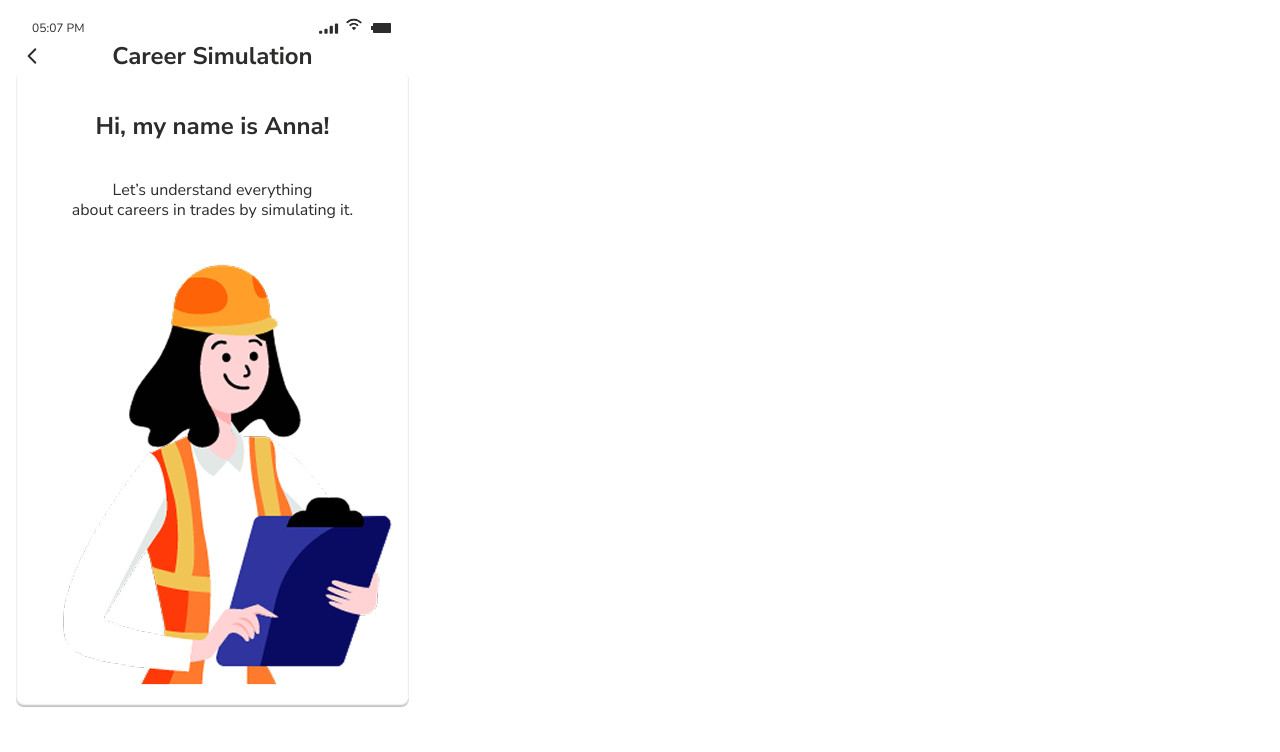
Repository: daniel-liu01/week10books
Page: /
The author's editor kept a copy of each file at every save. The page is drawn from the files as they stood at one save, then again after the next save.
The browser window is 1280 px wide. The pictures show the whole page.
The project was rebuilt for these pictures with package versions that can differ from the ones it lists, and the page was loaded fresh each time. Also part of the build but not shown: vite.config.js, vite.config.ts, src/App.css.

Above is the page before, as saved 2025-10-17 18:12:37.

### index.html
<!DOCTYPE html>
<html lang="en">
    <head>
        <meta charset="UTF-8" />
        <link
            rel="icon"
            type="image/svg+xml"
            href="/vite.svg" />
        <meta
            name="viewport"
            content="width=device-width, initial-scale=1.0" />
        <title>frontend</title>
        <link
            rel="preconnect"
            href="https://fonts.googleapis.com" />
        <link
            rel="preconnect"
            href="https://fonts.gstatic.com"
            crossorigin />
        <link
            href="https://fonts.googleapis.com/css2?family=Nunito+Sans:ital,opsz,wght@0,6..12,200..1000;1,6..12,200..1000&display=swap"
            rel="stylesheet" />
    </head>
    <body>
        <div id="root"></div>
        <script
            type="module"
            src="/src/main.jsx"></script>
    </body>
</html>

### src/index.css
/* ------------------------------------------------------ GENERAL STYLES ------------------------------------------------------ */
*,
*::before,
*::after {
    box-sizing: inherit;
}

html,
body {
    font-family: var(--font-family);
    box-sizing: border-box;
}

body {
    width: 393px;
    min-height: 100vh;
    margin: 16px;
    display: flex;
    flex-direction: column;
    gap: var(--space-large);
}

html {
    display: flex;
    align-items: flex-start;
}

/* ------------------------------------------------------ VARIABLES ------------------------------------------------------ */
:root {
    /* ----- COLORS ----- */
    --primary-50: #fff1e6;
    --primary-100: #ffd4b0;
    --primary-200: #ffbf8a;
    --primary-300: #ffa155;
    --primary-400: #ff8f34;
    --primary-500: #ff7301;
    --primary-600: #e86901;
    --primary-700: #b55201;
    --primary-800: #8c3f01;
    --primary-900: #6b3000;

    --secondary-50: #eefae6;
    --secondary-100: #cbefb1;
    --secondary-200: #b2e88b;
    --secondary-300: #8fdd55;
    --secondary-400: #79d635;
    --secondary-500: #58cc02;
    --secondary-600: #50ba02;
    --secondary-700: #3e9101;
    --secondary-800: #307001;
    --secondary-900: #255601;

    /* -- neutral colors -- */

    --offwhite-500: #f9f9f9;
    --white: #ffffff;
    --black-50: #eaeaea;
    --black-100: #bebebd;
    --black-200: #9e9e9d;
    --black-300: #727271;
    --black-400: #575655;
    --black-500: #2d2c2b;

    /* ----- TYPE ----- */
    --font-family: "Nunito Sans", sans-serif;

    --font-size-extra-large: 88px;
    --font-size-large: 30px;
    --font-size-extra-medium: 24px;
    --font-size-medium: 20px;
    --font-size-regular: 16px;
    --font-size-small: 12px;
    --font-size-extra-small: 10px;

    --font-style-normal: normal;
    --font-weight-bold: bold;

    --line-height-xxlarge: 100px;
    --line-height-large: 36px;
    --line-height-medium: 28px;
    --line-height-small: 20px;

    /* ----- SPACING ----- */
    --space-extra-small: 4px;
    --space-small: 8px;
    --space-regular: 16px;
    --space-medium: 32px;
    --space-large: 48px;
    --space-extra-large: 140px;

    /* ----- Inner shadow ----- */
    --inner-shadow: 0 -2px 2px 0 rgba(0, 0, 0, 0.25);
}

### src/App.jsx
import { useState } from "react";
import { BrowserRouter as Router, Routes, Route } from "react-router-dom";
import "./App.css";

import Simulation from "../app/Simulation/Simulation";

function App() {
    return (
        <div>
            <Simulation />
        </div>
    );
}

export default App;

### app/Simulation/Simulation.jsx
import styles from "./Simulation";
import StatusBar from "../../components/StatusBar/StatusBar";
import HeadingBar from "../../components/HeadingBar/HeadingBar";
import Card from "../../components/Card/Card";

function Simulation() {
    return (
        <div className={styles.container}>
            <StatusBar />
            <HeadingBar />
            <Card
                image='Anna.png'
                title='Hi, my name is Anna!'
                description={
                    <>
                        Let’s understand everything <br />
                        about careers in trades by simulating it.
                    </>
                }
            />
        </div>
    );
}

export default Simulation;

### components/StatusBar/StatusBar.jsx
import styles from "./StatusBar.module.css";
import Hour from "../Hour/Hour";

const StatusBar = () => {
    return (
        <div className={styles.container}>
            <Hour />
            <div className={styles.right}>
                <svg
                    className={styles.icon}
                    width='20'
                    height='11'
                    viewBox='0 0 20 11'
                    fill='none'
                    xmlns='http://www.w3.org/2000/svg'>
                    <rect
                        x='15.8765'
                        y='0.600098'
                        width='3.23284'
                        height='10.2222'
                        rx='1.02778'
                    />
                    <rect
                        x='10.6338'
                        y='2.64453'
                        width='3.23284'
                        height='8.17778'
                        rx='1.02778'
                    />
                    <rect
                        x='5.3916'
                        y='5.71094'
                        width='3.23284'
                        height='5.11111'
                        rx='1.02778'
                    />
                    <rect
                        x='0.0327148'
                        y='7.75537'
                        width='3.23284'
                        height='3.06667'
                        rx='1.02778'
                    />
                </svg>

                <svg
                    className={styles.icon}
                    width='22'
                    height='20'
                    viewBox='0 0 22 20'
                    fill='none'
                    xmlns='http://www.w3.org/2000/svg'>
                    <mask
                        id='path-1-inside-1_2157_1042'
                        fill='white'>
                        <path d='M15.9006 7.3897C15.3805 6.57002 14.6486 5.88977 13.7741 5.41333C12.8995 4.93689 11.9113 4.68001 10.9029 4.66702C9.89445 4.65403 8.89922 4.88535 8.01135 5.33908C7.12349 5.79281 6.37237 6.45396 5.82907 7.25994L7.69376 8.391C8.03417 7.88601 8.50479 7.47176 9.06109 7.18747C9.6174 6.90317 10.241 6.75824 10.8728 6.76638C11.5046 6.77452 12.1238 6.93547 12.6718 7.23399C13.2197 7.53251 13.6783 7.95873 14.0042 8.47231L15.9006 7.3897Z' />
                    </mask>
                    <path
                        d='M15.9006 7.3897C15.3805 6.57002 14.6486 5.88977 13.7741 5.41333C12.8995 4.93689 11.9113 4.68001 10.9029 4.66702C9.89445 4.65403 8.89922 4.88535 8.01135 5.33908C7.12349 5.79281 6.37237 6.45396 5.82907 7.25994L7.69376 8.391C8.03417 7.88601 8.50479 7.47176 9.06109 7.18747C9.6174 6.90317 10.241 6.75824 10.8728 6.76638C11.5046 6.77452 12.1238 6.93547 12.6718 7.23399C13.2197 7.53251 13.6783 7.95873 14.0042 8.47231L15.9006 7.3897Z'
                        strokeWidth='4.11111'
                        mask='url(#path-1-inside-1_2157_1042)'
                    />
                    <mask
                        id='path-2-inside-2_2157_1042'
                        fill='white'>
                        <path d='M19.0832 4.55309C18.1524 3.34672 16.9405 2.3605 15.542 1.67127C14.1435 0.982029 12.5961 0.608389 11.0204 0.579456C9.4447 0.550522 7.88323 0.867077 6.45765 1.50446C5.03207 2.14184 3.78086 3.08283 2.80152 4.25413L4.5268 5.55219C5.29548 4.63284 6.27755 3.89425 7.39649 3.39397C8.51543 2.8937 9.74102 2.64523 10.9778 2.66794C12.2145 2.69065 13.4291 2.98392 14.5268 3.5249C15.6245 4.06588 16.5757 4.83997 17.3063 5.78684L19.0832 4.55309Z' />
                    </mask>
                    <path
                        d='M19.0832 4.55309C18.1524 3.34672 16.9405 2.3605 15.542 1.67127C14.1435 0.982029 12.5961 0.608389 11.0204 0.579456C9.4447 0.550522 7.88323 0.867077 6.45765 1.50446C5.03207 2.14184 3.78086 3.08283 2.80152 4.25413L4.5268 5.55219C5.29548 4.63284 6.27755 3.89425 7.39649 3.39397C8.51543 2.8937 9.74102 2.64523 10.9778 2.66794C12.2145 2.69065 13.4291 2.98392 14.5268 3.5249C15.6245 4.06588 16.5757 4.83997 17.3063 5.78684L19.0832 4.55309Z'
                        strokeWidth='4.11111'
                        mask='url(#path-2-inside-2_2157_1042)'
                    />
                    <path d='M13.5162 9.77759L10.8222 12.3331L8.66699 9.77759L9.23963 9.50599C10.2507 9.02643 11.4136 8.97977 12.4599 9.37676L13.5162 9.77759Z' />
                </svg>

                <svg
                    className={styles.icon}
                    width='24'
                    height='24'
                    viewBox='0 0 24 24'
                    fill='none'
                    xmlns='http://www.w3.org/2000/svg'>
                    <path d='M5 17C4.71667 17 4.47917 16.9042 4.2875 16.7125C4.09583 16.5208 4 16.2833 4 16V14H2V10H4V8C4 7.71667 4.09583 7.47917 4.2875 7.2875C4.47917 7.09583 4.71667 7 5 7H21C21.2833 7 21.5208 7.09583 21.7125 7.2875C21.9042 7.47917 22 7.71667 22 8V16C22 16.2833 21.9042 16.5208 21.7125 16.7125C21.5208 16.9042 21.2833 17 21 17H5Z' />
                </svg>
            </div>
        </div>
    );
};

export default StatusBar;

### components/HeadingBar/HeadingBar.jsx
import styles from "./HeadingBar.module.css";
import ArrowBack from "../ArrowBack/ArrowBack";

function HeadingBar() {
    return (
        <div className={styles.heading_container}>
            <ArrowBack />
            <h1 className={styles.heading_pageTitle}>Career Simulation</h1>
            <div className={styles.heading_placeholder}></div>
        </div>
    );
}

export default HeadingBar;

### components/Card/Card.jsx
import styles from "./Card.module.css";

function Card({ image, title, description }) {
    return (
        <div className={styles.container}>
            <div className={styles.content}>
                <h3 className={styles.title}>{title}</h3>
                <p className={styles.description}>{description}</p>
            </div>
            {image && (
                <div className={styles.image_wrapper}>
                    <img
                        src={image}
                        alt={title}
                        className={styles.image}
                    />
                </div>
            )}
        </div>
    );
}

export default Card;

### components/StatusBar/StatusBar.module.css
.container {
    display: flex;
    flex-direction: row;
    align-items: center;
    justify-content: space-between;
    width: 393px;
    padding: 0 var(--space-regular);
    margin: 0;
}

.right {
    display: flex;
    align-items: center;
    gap: var(--space-extra-small);
}

.icon {
    fill: var(--black-500);
}

### components/Hour/Hour.jsx
"use client";
import { useEffect, useState } from "react";
import styles from "./Hour.module.css";

const Hour = () => {
    const [currentTime, setCurrentTime] = useState(new Date());

    useEffect(() => {
        const timer = setInterval(() => {
            setCurrentTime(new Date());
        }, 1000);

        return () => clearInterval(timer);
    }, []);

    const formattedTime = currentTime.toLocaleTimeString("en-US", {
        hour: "2-digit",
        minute: "2-digit",
        hour12: true,
    });

    return <div className={styles.hour}>{formattedTime}</div>;
};

export default Hour;

### components/HeadingBar/HeadingBar.module.css
.heading_container {
    width: 100%;
    display: flex;
    align-items: center;
    justify-content: space-between;
    gap: var(--space-small);
    margin: 0;
    padding: 0;
}

.heading_pageTitle {
    font-weight: var(--font-weight-bold);
    font-size: var(--font-size-extra-medium);
    margin: 0;
    line-height: 1;
    color: var(--black-500);
}

.heading_placeholder {
    width: var(--space-medium);
    height: var(--space-medium);
    visibility: hidden;
}

### components/ArrowBack/ArrowBack.jsx
import styles from "./ArrowBack.module.css";

function ArrowBack() {
    return (
        <div className={styles.arrow_container}>
            <svg
                className={styles.arrow_icon}
                xmlns='http://www.w3.org/2000/svg'
                width='16'
                height='16'
                viewBox='0 0 12 20'
                fill='none'>
                <path
                    d='M10.7071 19.2929C10.3166 19.6834 9.68342 19.6834 9.29289 19.2929L0.707106 10.7071C0.316582 10.3166 0.316583 9.68342 0.707107 9.29289L9.29289 0.707106C9.68342 0.316582 10.3166 0.316582 10.7071 0.707107L11.0679 1.06789C11.4584 1.45842 11.4584 2.09158 11.0679 2.48211L3.55 10L11.0679 17.5179C11.4584 17.9084 11.4584 18.5416 11.0679 18.9321L10.7071 19.2929Z'
                    fill='currentColor'
                />
            </svg>
        </div>
    );
}

export default ArrowBack;

### components/Card/Card.module.css
.container {
    display: flex;
    padding: var(--space-regular);
    flex-direction: column;
    justify-content: space-between;
    align-items: center;
    border-radius: var(--space-small);
    background: var(--white);
    box-shadow: var(--inner-shadow) inset;
}

.content {
    display: flex;
    flex-direction: column;
    justify-content: space-between;
    align-items: center;
    font-family: var(--font-family);
    color: var(--black-500);
    text-align: center;
}

.title {
    font-size: var(--font-size-extra-medium);
    font-weight: var(--font-weight-bold);
    line-height: var(--line-height-medium);
}

.description {
    font-size: var(--font-size-regular);
    line-height: var(--line-height-small);
}

.image_wrapper {
}

.image {
}

### components/Hour/Hour.module.css
.hour {
    color: var(--black-500);
    font-family: var(--font-family);
    font-size: var(--font-size-small);
}

### components/ArrowBack/ArrowBack.module.css
.arrow_container {
    display: inline-flex;
    align-items: center;
    justify-content: center;
    background: none;
    border: none;
    cursor: pointer;
    padding: 0;
    width: var(--space-medium);
    height: var(--space-medium);
}

.arrow_icon {
    color: var(--black-500);
    width: var(--space-regular);
    height: var(--space-regular);
}

.arrow_container:hover .arrow_icon {
    color: var(--primary-500);
}

Loaded but not shown: src/main.jsx (common file)

After the next save:
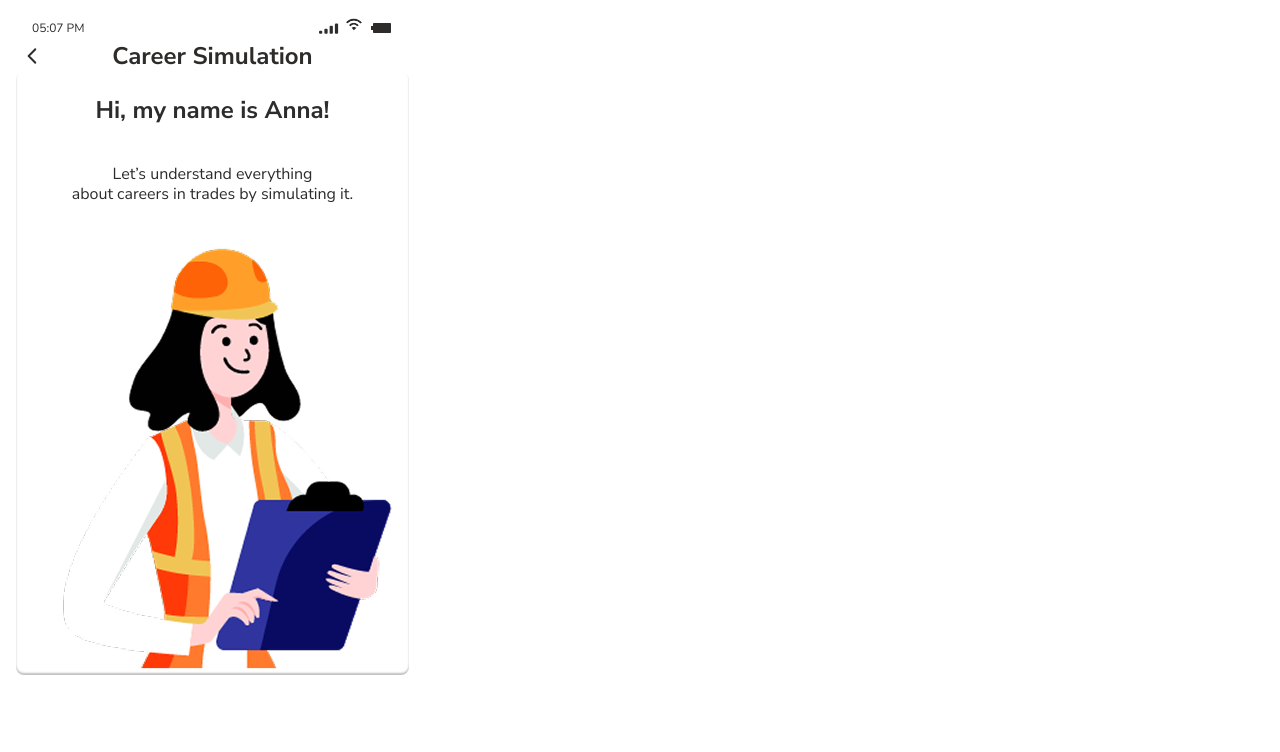
Saved 55 s later.
--- a/components/Card/Card.module.css
+++ b/components/Card/Card.module.css
@@ -1,6 +1,5 @@
 .container {
     display: flex;
-    padding: var(--space-regular);
     flex-direction: column;
     justify-content: space-between;
     align-items: center;
